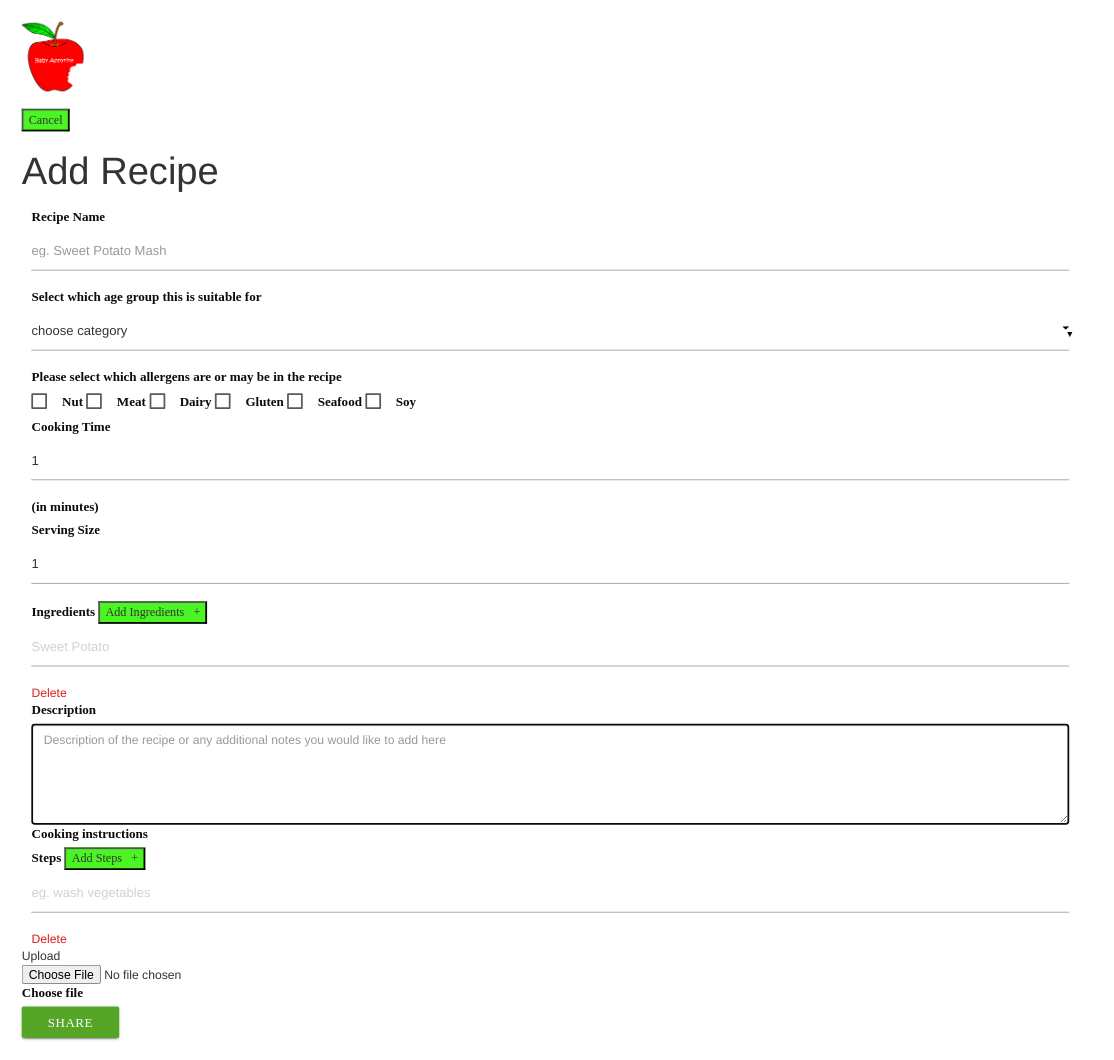
Repository: blueag8/babyappytite
Page: http://localhost/addrecipe
The author's editor kept a record of every edit. The page is drawn from the files as they stood at one moment, then again after the next edit.
The browser window is 1280 px wide. The pictures show the whole page, at 87% of full size.
Some web fonts or font styles are not loaded; a fallback is used. Some web libraries are served in a nearby version. The page is served by the project's application, run on Flask 3 (app.py). Queries for data that is not in the repository find no rows.

Above is the page before.

After the next edit:
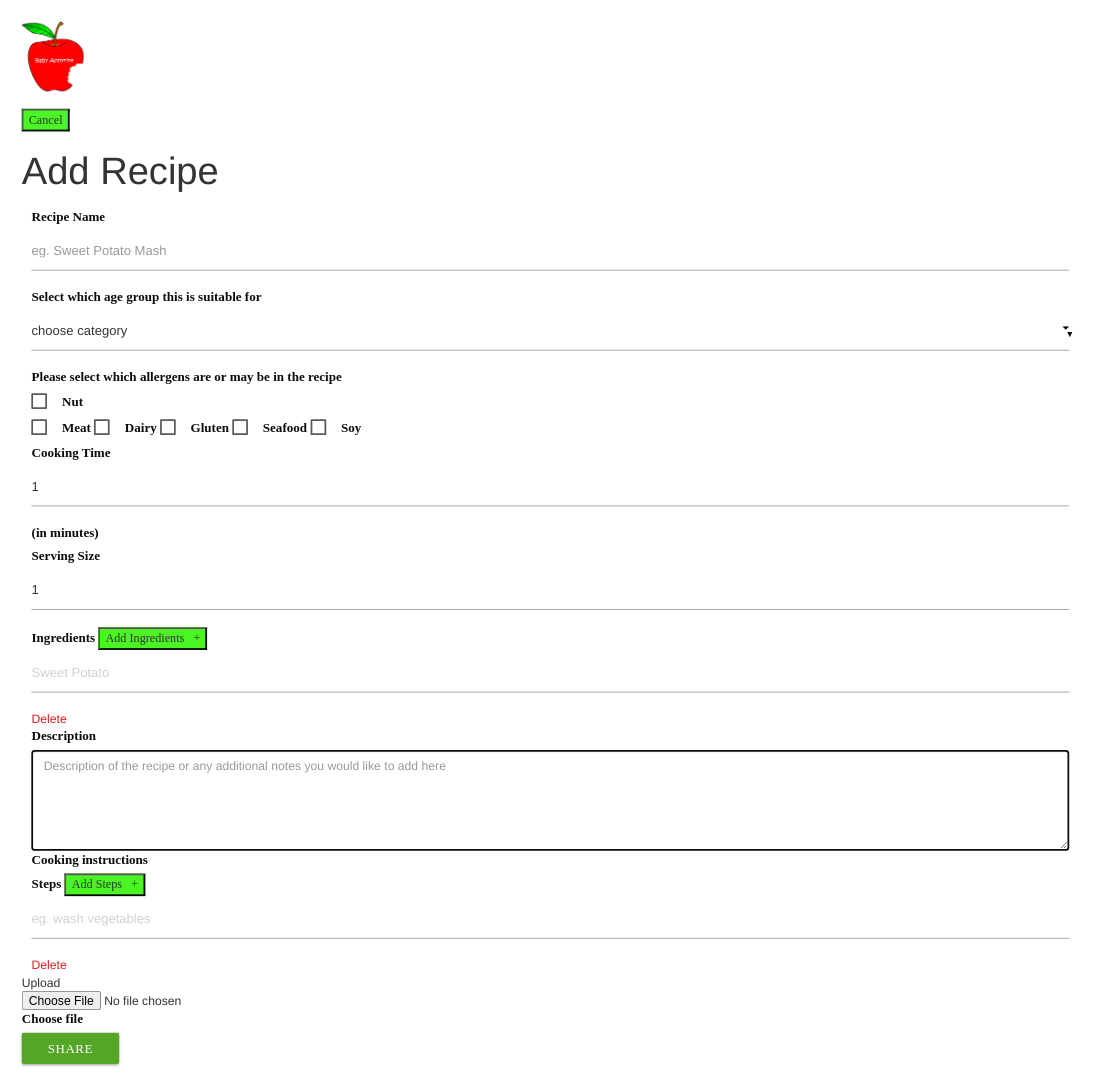
The edit:
--- a/templates/addrecipe.html
+++ b/templates/addrecipe.html
@@ -34,8 +34,9 @@
       <div class="form-check form-check-inline">
         <input class="form-check-input" type="checkbox" id="nut" name="allergen" value="nut">
         <label class="form-check-label" for="nut">Nut</label>
+      </div>
 
-
+     <div class="form-check form-check-inline">
         <input class="form-check-input" type="checkbox" id="meat" name="allergn" value="meat">
         <label class="form-check-label" for="meat">Meat</label>
 
